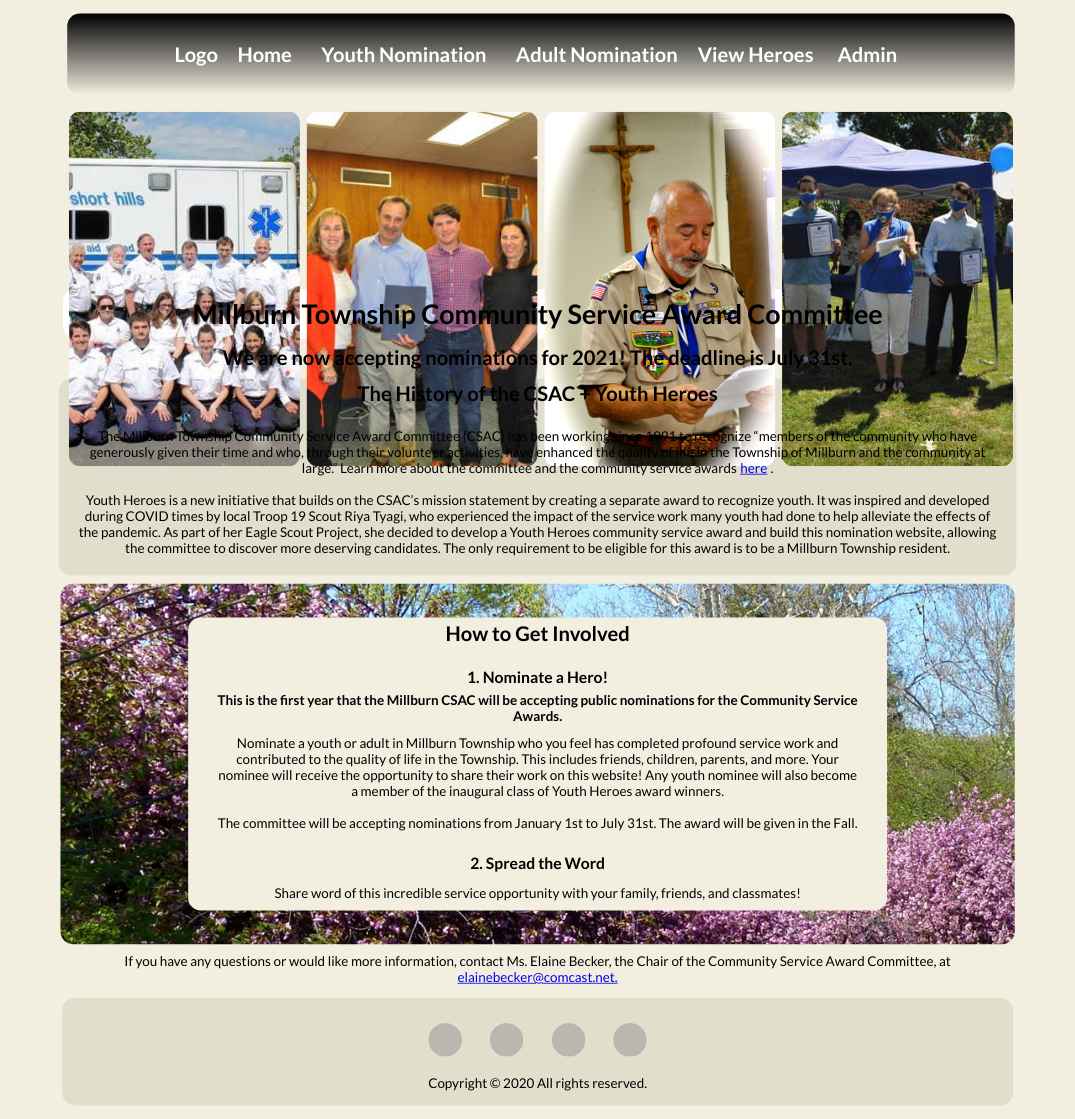
Repository: Centrattic/Young-Heroes-Website
Page: http://localhost/Frontend/home.php
The author's editor kept a copy of each file at every save. The page is drawn from the files as they stood at one save, then again after the next save.
The browser window is 1280 px wide. The pictures show the whole page, at 84% of full size.
Pictures or frames that could not be fetched are drawn as grey boxes. The page is run by PHP 8.4 with error messages shown; the project is at /var/www/html/.

Above is the page before, as saved 2020-12-09 15:32:32.

### Eagle Project/Frontend/home.php
<?php
require '../Backend/functions.php';
require '../Backend/dbhconnect.php';
?>

<html>
  <head>
    <link href="https://fonts.googleapis.com/css2?family=Lato:ital,wght@0,400;0,700;1,300;1,400&display=swap" rel="stylesheet">
    <link href="../CSS/home.css" rel="stylesheet" type="text/css" />

    <link rel = "stylesheet" href = "../CSS/navbar.css">
  </head>

  <body>


  <?php
      navbar();
    ?>

    <!--<h4> This website is affiliated with the Millburn Township Community Service Award Committee. </h4> -->
    <!--Banner/Header : history of CSAC , Ok describe that on website ::: incorporate thios is new initative but builds on previous initiative, came up on time of COVID, instead of "THE IMPORTANCE OF RECOGNIING YOUTH VOLUNTEERS -->
    <!-- Delete Mission Statement - JUst describe CSAC Iniative  ======================= OUR HISTORY, with the onset of COVID -- do this....

    Community Service Award OverView and Now YOUNG HEROES

    ALL NEEDED IS TO BE A MILLBURN TOWNSHIP RESIDENTs-->

    <div id = "homepicgrid">
      <div>
        <img src = "../Images/itsquad.jpg">
      </div>
      <div>
        <img src = "../Images/millburncsac.jpg">
      </div>
      <div>
        <img src = "../Images/fineran.jpg">
      </div>
      <div>
        <img src = "../Images/millburnhome.jpg">
      </div>
    </div>



    <h1 id = "homepagetitle"> Millburn Township Community Service Award Committee </h1>
    <h2> We are now accepting nominations for 2021! The deadline is July 31st. </h2>

    <!--<div id = "hometextgrid">
      <div>
        <h2> The Importance of Recognizing Youth Volunteers </h2>
        <p>Today’s youth are taking charge of environmental and social reforms,
          and they deserve credit and appreciation where it’s due. Up to 55% of youth
          actively participate in service, be it through school or other organizations, but they
          have gone severely underrepresented of late. By commending their efforts, more youth will be
          inspired to volunteer their time towards the community and the nation as a whole. Youth Service
          America reminds us that adolescent brains in particular offer creative solutions to problems,
          unaffected and unaware to the nonanswers common of some, older brains. They provide fresh outlooks
          and ideas that would otherwise go unthought of. Youth service is mutually beneficial to both the
          community and the youth in question; it has also been shown to improve success in the workforce
          and academics in later life with early leadership foundations, as well as fostering positive
          development traits and cosmopolitan mindsets. Some youth lack the incentive -the drive- to
          go out and make a difference, which is why it is vital for them to have an outlet of support and recognition.  </p>
      </div>
      <div>
        <h2> Our Mission Statement </h2>
        <p> The mission of the Young Heroes is to recognize Millburn/Short Hills youth for their contributions,
          to promote community service and good citizenship, to positively impact the community, and to
          give hope and inspiration to others, especially during difficult times such as COVID-19.
          This will be accomplished through a nomination process, verification, parental approval, and
          a final posting to the Millburn Township Young Heroes webpage. The posts will summarize the Young hero’s work
           and qualify them for an annual award given to the two heroes (and runners-ups) who demonstrate the most profound
          service and dedication to the Township, specific cause, and/or the community as a whole.
        </p>
      </div>
    </div>-->

    <div id = "CSAChistory">
      <h2> The History of the CSAC + Youth Heroes </h2> <br>
      <p> The Millburn Township Community Service Award Committee (CSAC) has been working since 1991 to recognize “members of the community who have
        generously given their time and who, through their volunteer activities, have enhanced the quality of life in the Township of Millburn
        and the community at large.” Learn more about the committee and the community service awards<a href = "https://twp.millburn.nj.us/188/Community-Service-Award-Committee">here</a>.
        <br> <br> Youth Heroes is a new initiative that builds on the CSAC’s mission statement by creating a separate award to recognize youth. It was inspired
        and developed during COVID times by local Troop 19 Scout Riya Tyagi, who experienced the impact of the service work many youth had done to help alleviate
        the effects of the pandemic. As part of her Eagle Scout Project, she decided to develop a Youth Heroes community service award and build this nomination website,
        allowing the committee to discover more deserving candidates. The only requirement to be eligible for this award is to be a Millburn Township resident.
      </p>
    </div>

    <div id = "getinvolved">
          <div id = "nominateahero">
            <h2> How to Get Involved</h2>
            <br>
              <h3> 1. Nominate a Hero!</h3>
              <h4> This is the first year that the Millburn CSAC will be accepting public nominations for the Community Service Awards.</h4>
                <p> Nominate a youth or adult in Millburn Township who you feel has completed profound service work and contributed to the quality of life in the Township.
                This includes friends, children, parents, and more. Your nominee will receive the opportunity to share their work on this website! Any youth nominee will also
                become a member of the inaugural class of Youth Heroes award winners. <br><br>
                The committee will be accepting nominations from January 1st to July 31st. The award will be given in the Fall.<p>
               <h3>  2. Spread the Word </h3> <p>Share word of this incredible service opportunity with your family, friends, and classmates!</p>
               <!--<h3> 3. <a href = "https://forms.gle/pbJxUtVEzWF9bCSh6"> Volunteer </a></h3>  <p> Millburn Township Young Heroes is an Eagle Scout Project by Riya Tyagi of Troop 19. Volunteer to help her out! </p> -->
               <!-- <h3> 4.<a href = "https://gf.me/u/y3cpyf">Donate</a> </h3> <p> Donate to recognize heroes and their causes. We are very grateful for all donations. All money received will be used to purchase bronze
                  plaques to recognize winners of the awards and to handle the costs of advertising and creating a website. Any extra funds will be donated to the CSAC for future use.</li>
                </p>  -- Put this in explanation of Project --- part of narrative, footer  NICE -->
            </div>
    </div>

      <!--<div id = "impact">
        <h2> Our Impact</h2>
        <h3> ____ Youth Heroes Recognized </h3>
        <h3> ____ Adult Heroes Recognized </h3>
        <h3> ____ Awards Given</h3>
      </div>-->

    <h4 style = "width: 80%; margin: 0 auto;"> </h4>

    <p> If you have any questions or would like more information, contact Ms. Elaine Becker, the Chair of the Community Service Award Committee, at <a href = "mailto:elainebecker@comcast.net"> elainebecker@comcast.net.</a></p>

    <div id = "socialmedia">
        <footer id="colophon" class="site-footer" role="contentinfo">
      <div class="social-wrapper">
        <ul>
          <li>
            <a href="#" target="_blank">
              <img src="https://cdn1.iconfinder.com/data/icons/logotypes/32/twitter-128.png" alt="Twitter Logo" class="twitter-icon"></a>
          </li>
          <li>
            <a href="#" target="_blank">
              <img src="https://www.mchenryvillage.com/images/instagram-icon.png" alt="Instagram Logo" class="instagram-icon"></a>
          </li>
          <li>
            <a href="#" target="_blank">
              <img src="https://content.linkedin.com/content/dam/me/business/en-us/amp/brand-site/v2/bg/LI-Bug.svg.original.svg" alt="Linkedin Logo" class="linkedin-icon"></a>
          </li>
          <li>
            <a href="#" target="_blank">
              <img src="http://www.iconarchive.com/download/i54037/danleech/simple/facebook.ico" alt="Facebook Logo" class="facebook-icon"></a>
          </li>

        </ul>
      </div>

      <nav class="footer-nav" role="navigation">
        <p>Copyright &copy;
          <?php echo date("Y"); ?> All rights reserved.</p>
      </nav>
    </footer>
    <!-- #colophon -->
    </div>





</body>
</html>

### Eagle Project/Backend/dbhconnect.php
<?php
  $servername = "localhost";
  $dbUsername = "root";
  $dbPassword = "";
  $dbName = "young_heroes";

  //connecting to database
  $connection = new mysqli($servername, $dbUsername, $dbPassword, $dbName);

  //error message if connection fails
  if(!$connection){
    die("Connection failed: ".mysqli_connect_error());
  }
?>

### Eagle Project/CSS/home.css
* {
    text-align: center;
    padding: 2px;
    margin: 2px;
    font-family: 'Lato', sans-serif;
    border-radius: 15px;

}

body {
    background-color: #F2EFE1;

}

#homepicgrid {
    display: grid;
    width: auto;
    height: 30%;

    grid-template-columns: auto auto auto auto;
    grid-template-rows: auto;
}

#homepicgrid img {
    height: 100%;
    object-fit: cover;
    width: 100%;
}


#homepagetitle {
    font-size: 2em;
    width: auto;
    background-color: white;
    padding: 10px;
    margin: 5px;
}



#hometextgrid {
    display: grid;
    width: auto;
    margin: 0 auto;
    grid-template-columns: auto auto auto;
    grid-template-rows: auto auto;
}

#hometextgrid div {
    background-color: #E2DECC;
    padding: 20px;
}


#CSAChistory {
    background-color: #E2DECC;
    padding: 20px;
    padding-top: 0;
    margin: 10px 0;
}
#impact {
    background-color: white;
    width: 35%;
    margin: 2% auto;
    border: 10px solid transparent;
    border-image: url("../Images/borderhome.jpg") 30 round !important;
}

#impact h3 {
    margin: 15%;
}


#getinvolved {
    background-image: url("../Images/millburnblossoms.jpg");
    height: 60%;
    display: flex;
    align-items: center;
    justify-content: center;
}

#nominateahero {
    width: 70%;
    padding: 0 20px;
    background-color:  #F2EFE1;
}

#getinvolved p {
    margin: 10px;
}

button {
    font-size: 1em;
}



.site-footer {
    background-color: #E2DECC;
      text-align: center;
      margin: 10px 0;
      padding: 10px 0;
  }

  #social-wrapper {
      text-align: center;
  }

  /*Social Media Icons*/
  .social-wrapper {
      text-align: center;
  }

  .social-wrapper ul li {
      display: inline;
      margin: 0 5px;
  }

  .twitter-icon,
  .facebook-icon,
  .instagram-icon,
  .linkedin-icon,
  .googleplus-icon,
  .youtube-icon,
  .foursquare-icon{
      margin-top: .625em;
      width: 40px;
      height: 40px;
      opacity: .6;
      filter: alpha(opacity=60); /* For IE8 and earlier */
    border-radius: 25px;
  }

  .twitter-icon:hover,
  .facebook-icon:hover,
  .instagram-icon:hover,
  .linkedin-icon:hover,
  .googleplus-icon:hover,
  .youtube-icon:hover,
  .foursquare-icon:hover {
      opacity: 1.0;
      filter: alpha(opacity=100); /* For IE8 and earlier */
  }

  .footer-nav p {
      text-align: center;
  }

### Eagle Project/CSS/navbar.css
* {
    text-align: center;
    font-family: 'Lato', sans-serif;
}

body {
    background-color: #F2EFE1;
}


.menu-area li{
    display: inline;
    color: white;
    font-weight: bold;
    font-size: 1.5em;
    padding-bottom: 10px;
}

.menu-area .non-dropdown a{
    display: inline-block;
    padding: 30px 10px;
    text-decoration: none;
    color: white;
    box-sizing: border-box;

}

.menu-area .nav-dropdown .dropdown-content li a{
    display: inline-block;
    text-align: center;
    padding: 14px 16px;
    text-decoration: none;
}

.menu-area {
    width: 100%;
    background-image: linear-gradient(black, #F2EFE1);
    overflow: hidden;
    border-radius: 15px;
}

.menu-area .non-dropdown:hover{
    border-radius: 0px;
    border-bottom: 10px solid aliceblue;

}

.menu-area li a {
    box-sizing: border-box;
}

.nav-dropbtn {
    text-decoration: none;
    color: white;
}

/*FIX THIS LATER*/


#logout {
    all: unset;
}

body {
    margin: 0 5%;
}

/* ------------------*/



li.nav-dropdown {
    display: inline-block;
}

.dropdown-content {
    display: none;
    position: absolute;
    background-color: #f9f9f9;
    min-width: 150px;
    box-shadow: 0px 8px 16px 0px rgba(0,0,0,0.2);
    z-index: 1;

}

.dropdown-content a {
    color: black;
    padding: 12px 16px;
    text-decoration: none;
    display: block;
    font-size: .9em;
    text-align: left;
}


.dropdown-content a:hover {
    background-color: #f1f1f1;
}


.nav-dropdown:hover .dropdown-content {
    display: block;
    border-radius: 0px;
}

Loaded but not shown: Eagle Project/Backend/functions.php (995 lines, source omitted)

After the next save:
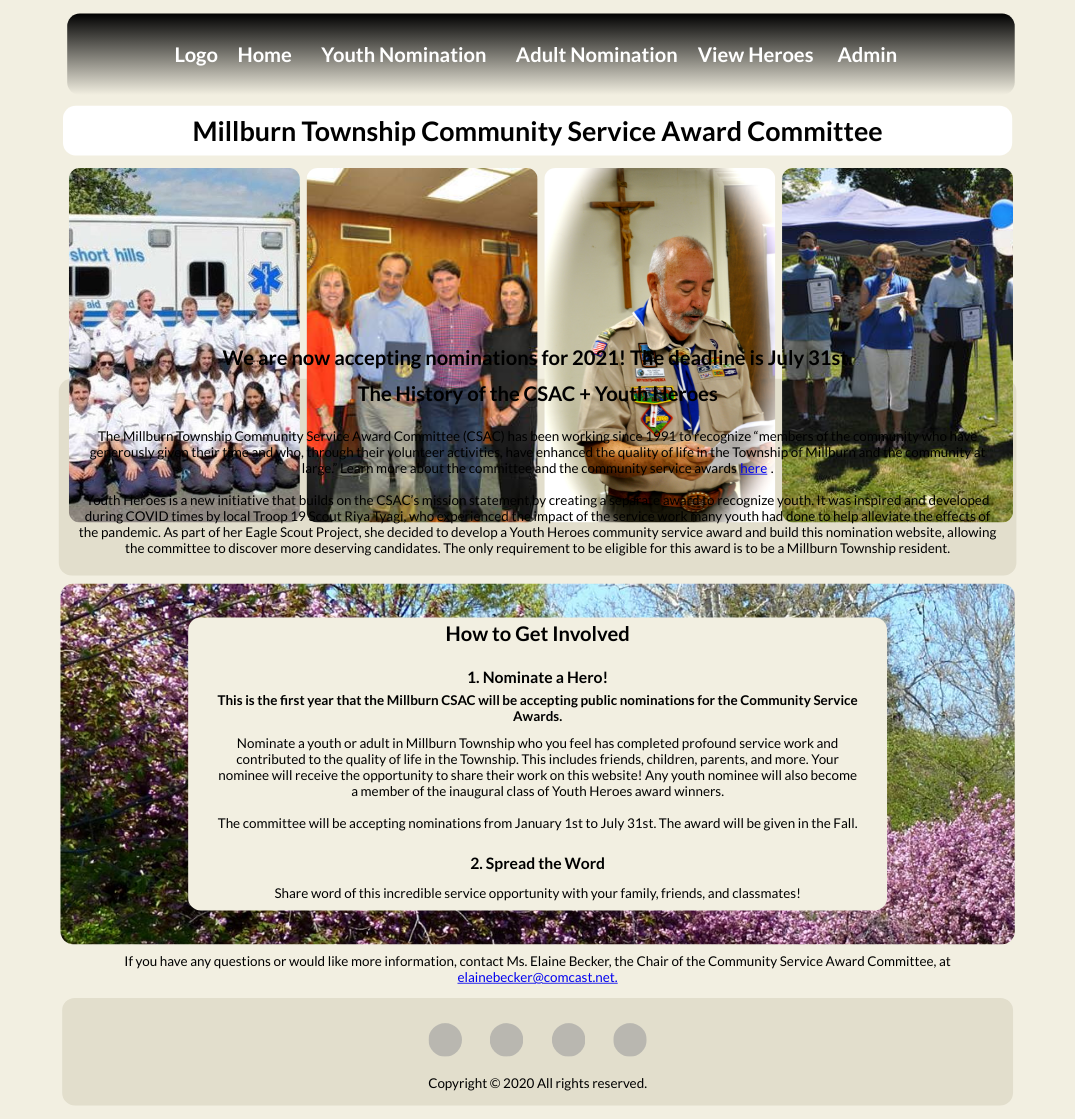
Saved 21 s later.
--- a/Eagle Project/Frontend/home.php
+++ b/Eagle Project/Frontend/home.php
@@ -26,6 +26,8 @@ require '../Backend/dbhconnect.php';
 
     ALL NEEDED IS TO BE A MILLBURN TOWNSHIP RESIDENTs-->
 
+    <h1 id = "homepagetitle"> Millburn Township Community Service Award Committee </h1>
+
     <div id = "homepicgrid">
       <div>
         <img src = "../Images/itsquad.jpg">
@@ -43,7 +45,7 @@ require '../Backend/dbhconnect.php';
 
 
 
-    <h1 id = "homepagetitle"> Millburn Township Community Service Award Committee </h1>
+
     <h2> We are now accepting nominations for 2021! The deadline is July 31st. </h2>
 
     <!--<div id = "hometextgrid">
